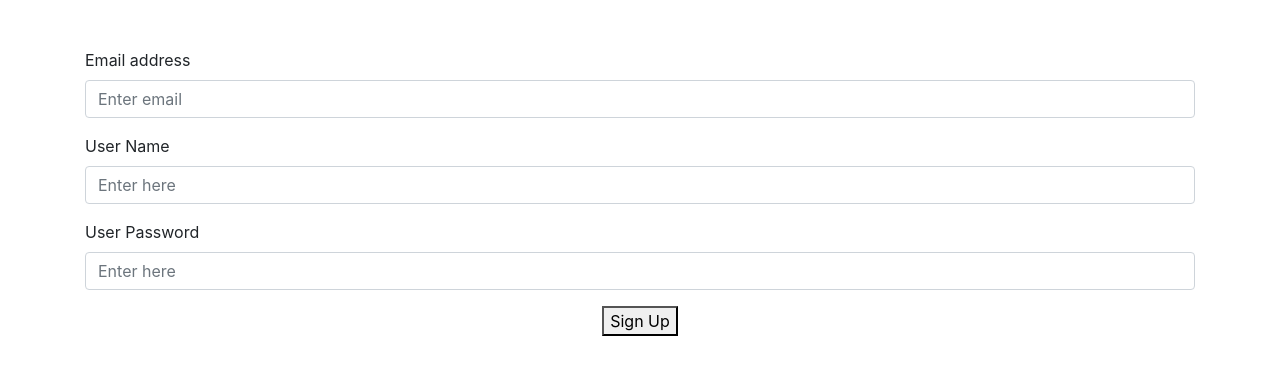
Repository: priyaadya/spring-practice-codes
Page: http://localhost/mvcspring/contact
The author's editor kept a copy of each file at every save. The page is drawn from the files as they stood at one save, then again after the next save.
The browser window is 1280 px wide. The pictures show the whole page.
Some web libraries are served in a nearby version. The page is served by Tomcat 9.

Above is the page before, as saved 2023-06-04 05:53:46.

After the next save:
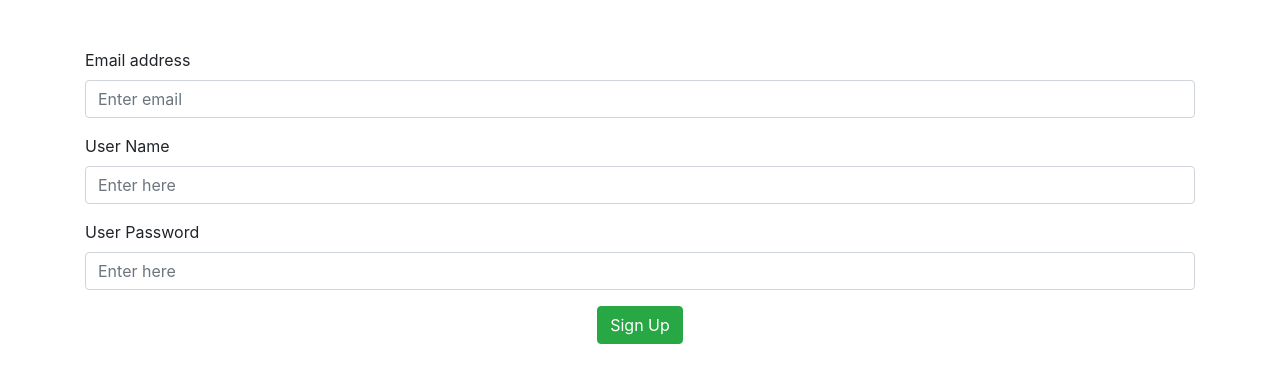
Saved 56 s later.
--- a/mvcspring/src/main/webapp/WEB-INF/views/contact.jsp
+++ b/mvcspring/src/main/webapp/WEB-INF/views/contact.jsp
@@ -31,7 +31,7 @@
     <input type="text" class="form-control" id="userPassword" placeholder="Enter here">
   </div>
   <div class="container text-center">
-  <button type="submit" class="btn-btn-success">Sign Up</button>
+  <button type="submit" class="btn btn-success">Sign Up</button>
   </div>
 
 
